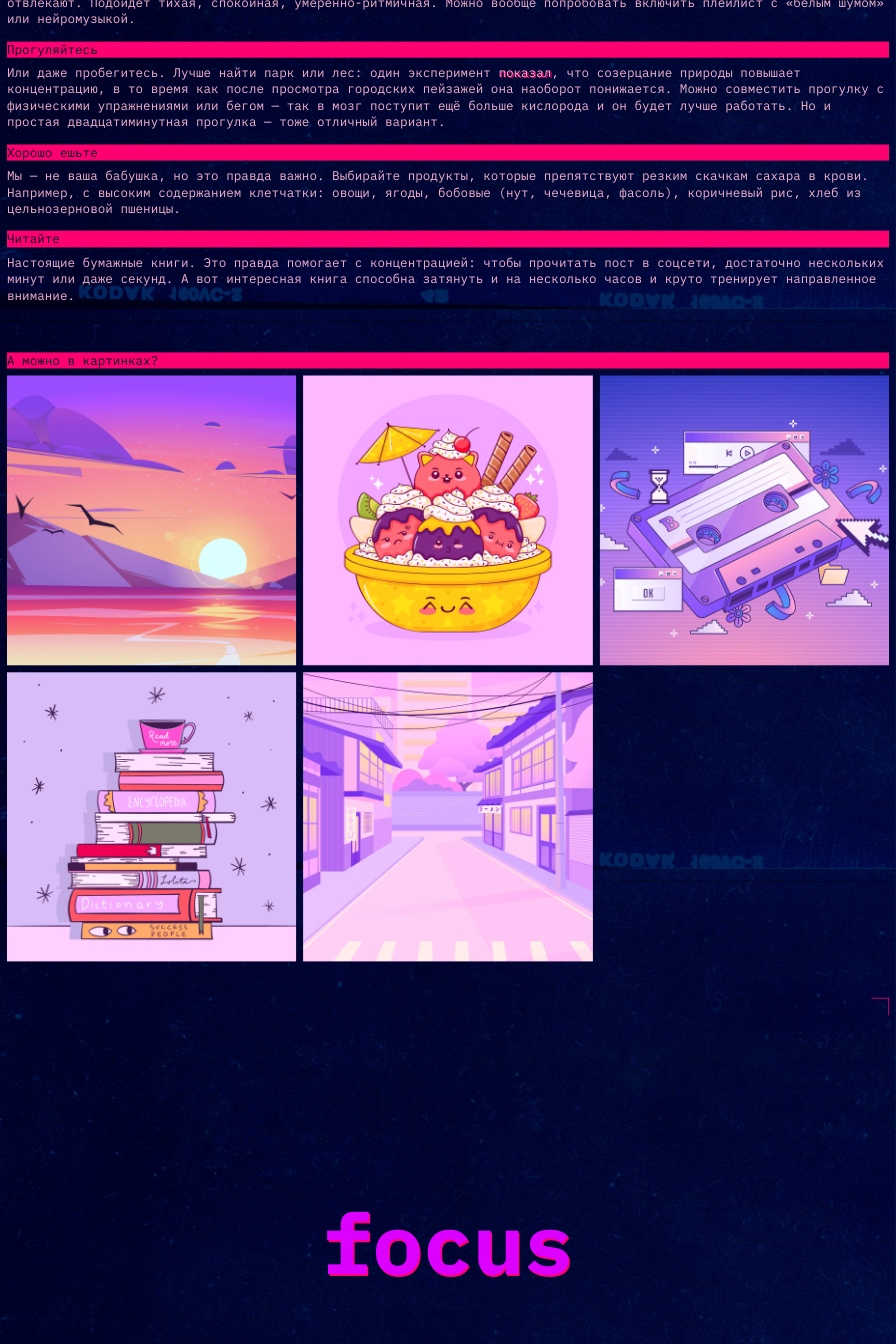
Repository: NikWolf75/slozhno-sosredotochitsya-fd
Page: index.html
An editor plug-in stored every save of this project. The page is shown before and after the next save, followed by the edit.
The browser window is 1280 px wide. The pictures show the part of the page from y = 1958 to 3878 px (the page is 4094 px tall), at 70% of full size.
Backgrounds fixed to the window are drawn as part of the page.

Above is the page before, as saved 2025-02-27 12:11:54.

### index.html
<!DOCTYPE html>
<html lang="ru">
  <head>
    <meta charset="UTF-8" />
    <meta http-equiv="X-UA-Compatible" content="IE=edge" />
    <meta name="viewport" content="width=device-width, initial-scale=1.0" />
    <meta name="color-scheme" content="dark light" />
    <link rel="stylesheet" href="/fonts/fonts.css" />
    <link rel="stylesheet" href="/styles/globals.css" />
    <link rel="stylesheet" href="/styles/variables.css" />
    <link rel="stylesheet" href="/styles/style.css" />
    <link rel="stylesheet" href="/styles/dark.css" />
    <link rel="stylesheet" href="/styles/light.css" />
    <link rel="icon" href="image/favicon.ico" />
    <title>Сложно сосредоточиться</title>
    <script src="./scripts/script.js"></script>
  </head>
  <body class="page">
    <div class="rec_element" aria-hidden="true"></div>
    <header class="header decorated-zone">
      <nav class="header__theme-menu">
        <ul class="header__theme-menu-list">
          <li class="header__theme-menu-item">
            <button
              class="header__theme-menu-button header__theme-menu-button_type_light"
            >
              День
            </button>
          </li>
          <li class="header__theme-menu-item">
            <button
              class="header__theme-menu-button header__theme-menu-button_active header__theme-menu-button_type_auto"
              disabled
            >
              Авто
            </button>
          </li>
          <li class="header__theme-menu-item">
            <button
              class="header__theme-menu-button header__theme-menu-button_type_dark"
            >
              Неон
            </button>
          </li>
        </ul>
      </nav>
      <h1 class="header__title">no focus</h1>
      <div class="header__undertitle title-decor">
        <p>Что делать, когда не можешь делать ничего</p>
        <p>
          Или почему нам так сложно сконцентрироваться, особенно когда очень
          надо
        </p>
      </div>
    </header>
    <main class="content">
      <section class="content__section content__why">
        <h2 class="content__section-title"> Почему сосредоточиться так сложно
        </h2>
        <article class="content__section-text_block">
          <h3 class="content__section-text_block-undertitle title-decor">
            Многозадачность
          </h3>
          <p class="content__section-text_block-text">
            Особенно сложно сосредоточиться, когда задач много и все они —
            важные. Где же легендарная многозадачность, когда она так нужна вам
            (и всем нанимающим менеджерам этого мира)? А дело в том, что её
            просто не существует. Исследователи
            <a class="link-text" href="#0">выяснили</a>,
            что мозгу тяжело концентрироваться даже на двух делах одновременно.
            А когда в поле внимания попадает несколько важных задач, организм
            паникует и выделяет кортизол и адреналин — «гормоны стресса».
            Из-за этого мы работаем невнимательно: ошибаемся и быстро устаём.
          </p>
        </article>
        <article class="content__section-text_block">
          <h3 class="content__section-text_block-undertitle title-decor">
            Дофамин
          </h3>
          <p class="content__section-text_block-text">
            С гормонами стресса всё понятно, но дальше — ещё интереснее. В нашей
            невозможности сосредоточиться замешана и полная противоположность
            стрессу — дофамин. Это вещество участвует в системе вознаграждения
            мозга. Причём тут он? Мы часто отвлекаемся от важной задачи на
            что-то более «приятное» для мозгов. Например, смотрим лайки в
            соцсетях. В это время и выделяется дофамин — и мы чувствуем
            удовольствие. Получается замкнутый круг: чем больше отвлекаешься,
            тем больше удовольствия получаешь.
          </p>
        </article>
      </section>
      <section class="content__section content__what">
        <h2 class="content__section-title">
          Что снижает концентрацию внимания?
        </h2>
        <article class="content__section-text_block">
          <h3 class="content__section-text_block-undertitle title-decor">
            Многозадачность
          </h3>
          <p class="content__section-item-text">
            Как концентрация может снижаться из-за… концентрации? Любая
            стрессовая ситуация (и резко меняющийся мир в целом) заставляет наш
            мозг постоянно «сканировать» окружающую среду на предмет опасности.
            Например, читать новости вместо работы. Но быть собранными всё время
            — невозможно. Концентрация — мышца, и она может не выдержать, если
            не давать ей отдохнуть.
          </p>
        </article>
        <article class="content__section-text_block">
          <h3 class="content__section-text_block-undertitle title-decor">
            Еда
          </h3>
          <p class="content__section-text_block-text">
            «Быстрые углеводы» — сахар, белый хлеб, сладости — молниеносно
            доставляют в мозг энергию и помогают ему лучше работать. Но уходит
            эта энергия также быстро, как и приходит. А мы в результате попадаем
            на «углеводные качели»: как только действие «быстрых углеводов»
            заканчивается, мы чувствуем усталость и сонливость. И хотим ещё
            больше быстрых углеводов.
          </p>
        </article>
        <article class="content__section-text_block">
          <h3 class="content__section-text_block-undertitle title-decor">
            Гаджеты
          </h3>
          <p class="content__section-text_block-text">
            Да-да, это та самая ситуация, когда на экране ноутбука — код, в
            наушниках — подкаст, а на компьютере фоном — ещё и видео с забавными
            утятами. В результате мозг пытается переключиться с одной задачи на
            другую — и просто не может. А чтобы вернуться к состоянию полной
            концентрации, человеку в среднем нужно 20 минут. Вот и получается,
            что чем больше времени мы проводим в гаджетах, тем больше времени
            затем нужно, чтобы вернуться к работе.
          </p>
        </article>
      </section>
      <section class="content__section content_how">
        <h2 class="content__section-title">
          Как концентрироваться лучше, чем золотая рыбка (то есть дольше трёх
          секунд)
        </h2>
        <article class="content__section-text_block">
          <h3
            class="content__section-text_block-undertitle tips-undertitle title-decor"
          >
            5 простых (на самом деле не очень) советов
          </h3>
          <h4 class="content__section-text_block-undertitle title-decor">
            Представьте небо и облака
          </h4>
          <p class="content__section-text_block-text">
            Или листья в ручье. Тут дело в лёгкой медитации, которая помогает
            успокоиться. Ведь часто именно тревожные мысли о сложных задачах как
            раз и мешают эти сложные задачи делать. В такие моменты можно
            закрыть глаза и представить, что чистое небо — это вы, а облака —
            тревожные мысли. И сколько бы их ни было — ясное небо всегда будет
            где-то там, за тучами, и никуда не денется. Это упражнение поможет
            вернуться в настоящий момент, а не волноваться о потенциальных
            проблемах из будущего.
          </p>
        </article>
        <article class="content__section-text_block">
          <h4 class="content__section-text_block-undertitle title-decor">
            Включите музыку
          </h4>
          <p class="content__section-text_block-text">
            Но не любую, и не любимую. Любимая может быть связана с сильными
            положительными эмоциями, которые тоже очень сильно отвлекают.
            Подойдёт тихая, спокойная, умеренно-ритмичная. Можно вообще
            попробовать включить плейлист с «белым шумом» или нейромузыкой.
          </p>
        </article>
        <article class="content__section-text_block">
          <h4 class="content__section-text_block-undertitle title-decor">
            Прогуляйтесь
          </h4>
          <p class="content__section-text_block-text">
            Или даже пробегитесь. Лучше найти парк или лес: один эксперимент
            <a class="link-text" href="#0">показал</a>, что созерцание природы повышает концентрацию, в то время
            как после просмотра городских пейзажей она наоборот понижается.
            Можно совместить прогулку с физическими упражнениями или бегом — так
            в мозг поступит ещё больше кислорода и он будет лучше работать. Но и
            простая двадцатиминутная прогулка — тоже отличный вариант.
          </p>
        </article>
        <article class="content__section-text_block">
          <h4 class="content__section-text_block-undertitle title-decor">
            Хорошо ешьте
          </h4>
          <p class="content__section-text_block-text">
            Мы — не ваша бабушка, но это правда важно. Выбирайте продукты,
            которые препятствуют резким скачкам сахара в крови. Например, с
            высоким содержанием клетчатки: овощи, ягоды, бобовые (нут, чечевица,
            фасоль), коричневый рис, хлеб из цельнозерновой пшеницы.
          </p>
        </article>
        <article class="content__section-text_block">
          <h4 class="content__section-text_block-undertitle title-decor">
            Читайте
          </h4>
          <p class="content__section-text_block-text">
            Настоящие бумажные книги. Это правда помогает с концентрацией: чтобы
            прочитать пост в соцсети, достаточно нескольких минут или даже
            секунд. А вот интересная книга способна затянуть и на несколько
            часов и круто тренирует направленное внимание.
          </p>
        </article>
      </section>
      <section class="content__section content__gallery">
        <h2 class="content__section-text_block-undertitle title-decor">
          А можно в картинках?
        </h2>
        <div class="content__section-images_gallery">
          <img
            class="content__section-image"
            src="./images/sunset.png"
            alt="Вид острова на закате"
            loading="lazy"
          />
          <img
            class="content__section-image"
            src="./images/ice-cream.png"
            alt="Чаша с мороженным"
            loading="lazy"
          />
          <img
            class="content__section-image"
            src="./images/tape.png"
            alt="Кассета"
            loading="lazy"
          />
          <img
            class="content__section-image"
            src="./images/books.png"
            alt="Стопка книг"
            loading="lazy"
          />
          <img
            class="content__section-image"
            src="./images/street.png"
            alt="Улица"
            loading="lazy"
          />
        </div>
      </section>
    </main>
    <footer class="footer decorated-zone">
      <h2 class="footer__title">focus</h2>
    </footer>
  </body>
</html>

### styles/variables.css
:root {
  --title-color: #ff0070;
  --main-font: 'IBM Plex mono';
  --main-font-size: 18px;
  --title-font-weight: 700;
  --text-font-weight: 400;
  --main-padding-small: 10px;
}

### styles/style.css
.page {
  font-family: var(--main-font, 'IBM Plex mono');
  font-size: var(--main-font-size, 18px);
  block-size: min-content;
  position: relative;
  font-weight: 400;
  background-color: var(--main-background-color, #000028 );
  background-image: var(--main-background-image, url("../images/cover-image-dark.png"));
  background-repeat: no-repeat;
  background-attachment: fixed;
  background-position: center;
  background-size: cover;
  line-height: 1.3em;
  color: var(--main-font-color, #F1B2CE);
 }

.decorated-zone {
  position: relative;
}

.decorated-zone::after,
.decorated-zone::before {
  position: absolute;
  inline-size: 25px;
  block-size: 25px;
  content: "";
  border: 1px solid var(--corner-color);
}

.decorated-zone::after {
  bottom: 10px;
  left: 10px;
  border-bottom: 1px solid var(--rectangle-color, #ff0070);
  border-left: 1px solid var(--rectangle-color, #ff0070);
}

.decorated-zone::before {
  top: 10px;
  right: 10px;
  border-top: 1px solid var(--rectangle-color, #ff0070);
  border-right: 1px solid var(--rectangle-color, #ff0070);
}

.rec_element {
  position: absolute;
  display: flex;
  align-items: center;
  justify-content: center;
  top: 10px;
  right: 20px;
  color: var(--rec-theme-color, #ff0070);
  gap: 10px;
}

.rec_element:before {
  content: "REC";
}

.rec_element:after {
  display: block;
  content: "";
  border-radius: 50%;
  background: var(--accent-color, #ff0070);
  width: 10px;
  height: 10px;
  box-shadow: 0 0 4px 2px var(--accent-color, #ff0070)
}

.header {
  display: grid;
  grid-template-columns: 1fr;
  grid-template-rows: 1fr min-content 1fr;
  align-items: center;
  position: relative;
  block-size: min(668px, 100vh);
  padding: var(--main-padding-small, 10px);
  margin-block-end: 40px;
 }

.header__theme-menu-list {
  display: flex;
  flex-direction: column;
  align-items: end;
  block-size: 100%;
  row-gap: 10px;
}

.header__theme-menu-button {
  text-align: center;
  background: transparent;
  color: var(--button-text-color);
  border: none;
  text-transform: lowercase;
  padding-right: 13px;
  padding-left: 13px;
}

.header__theme-menu-bitton:hover {
  outline: 1px solid var(--button-outline-color)
}

.header__theme-menu-button_active {
  outline: 1px solid var(--button-theme-color, #ff0070);
}

.header__theme-menu-button:focus {
  outline: none;
  text-decoration: underline;
}

.header__title {
  font-size: clamp(7.25rem, 7.0115rem + 1.0178vw, 7.5rem);
  line-height: 83%;
  color: var(--accent-color-title, #db00ff);
  text-shadow: 4px 4px 0 var(--accent-color, #ff0070);
  cursor: default;
}

.header__undertitle {
  font-size: var(--main-font), monospace;
  font-weight: var(--title-font-weight, 700);
  border-bottom: none;
  border-left: none;
}

.title-decor {
  color: var(--undertitle-color, #000028);
  background-color: var(--title-color, #ff0070);
}

.content {
  display: grid;
  padding: 0 var(--main-padding-small, 10px);
  grid-template-columns: 1fr;
  gap: 50px;
}

.content__section {
  display: grid;
  grid-template-columns: 1fr;
  row-gap: 20px;
}

.content__section-title {
  justify-self: start;
  color: var(--title-color, #ff0070);
}

.content__section-text_block-undertitle,
.content__section-title {
  font-size: var(--main-font-size, 18px);
  font-weight: var(--title-font-weight, 700);
}

.content__section-text_block-undertitle {
  margin-block-end: 10px;
  height: min-content;
}

.content__section-text_block-text {
  font-weight: var(--text-font-weight, 400);
}

.link-text {
  text-decoration: none;
  text-shadow: 2px 1px var(--accent-color, #ff0070);
}

.link-text:hover {
  cursor: pointer;
  border-block-end: 1px solid currentColor;
}

.link-text:focus-visible {
  border: 1px solid currentColor;
}

.content_how,
.tips-undertitle {
  font-weight: var(--title-font-weight, 400);
  margin-block-end: 20px;
}

.content__how,
.content__section-text_block-undertitle {
  font-weight: 400;
}

.content__gallery {
gap: 0;
}

.content__section-images_gallery {
  display: grid;
  grid-template-columns: repeat(auto-fill, minmax(355px, 1fr));
  gap: 10px;
  inline-size: 100%;
  margin-bottom: 10px;
}

.content__section-image {
  inline-size: 100%;
  object-fit: cover;
  block-size: 100%;
}

.footer {
  position: relative;
  display: grid;
  block-size: 100vh;
  min-block-size: 668px;
  grid-template-columns: 1fr;
  margin-block-start: 32px;
}

.footer__title {
  font-size: var(--title-font-size-small, clamp(7.25rem, 7.0115rem + 1.0178vw, 7.5rem));
  font-weight: var(--title-font-weight, 700);
  line-height: 95.7%;
  align-self: center;
  cursor: default;
  color: var(--accent-color-title, #db00ff);
  text-shadow: 2px 2px 0 var(--accent-color, #ff0070);
  justify-self: center;

}

### scripts/script.js
(function initTheme() {
  const theme = localStorage.getItem('theme');
  if (theme) {
    setTheme(theme);
  }
})();

document.addEventListener('DOMContentLoaded', () => {
  const currentTheme = [...document.documentElement.classList]
    .find((cn) => cn.startsWith('theme-'))
    ?.replace('theme-', '');
  const themeButtons = [
    ...document.querySelectorAll('.header__theme-menu-button'),
  ];
  setActiveButton(themeButtons, currentTheme);

  themeButtons.forEach((button) => {
    button.addEventListener('click', () => {
      const chosenTheme = [...button.classList]
        .find((cn) => cn.includes('_type_'))
        .split('_type_')[1];
      setTheme(chosenTheme);
      setActiveButton(themeButtons, chosenTheme);
    });
  });
});

function setTheme(theme) {
  document.documentElement.className = '';
  document.documentElement.classList.add(`theme-${theme}`);
  localStorage.setItem('theme', theme);
}

function setActiveButton(buttonsArray, theme) {
  buttonsArray.forEach((button) => {
    button.classList.remove('header__theme-menu-button_active');
    button.removeAttribute('disabled');
  });
  const target = buttonsArray.find((button) =>
    button.classList.contains(`header__theme-menu-button_type_${theme}`)
  );
  if (target) {
    target.classList.add('header__theme-menu-button_active');
    target.setAttribute('disabled', true);
  } else {
    const autoButton = document.querySelector(
      '.header__theme-menu-button_type_auto'
    );
    autoButton.classList.add('header__theme-menu-button_active');
    autoButton.setAttribute('disabled', true);
  }
}

Loaded but not shown: fonts/fonts.css (common file); styles/globals.css (common file); styles/dark.css (common file); styles/light.css (common file)

After the next save:
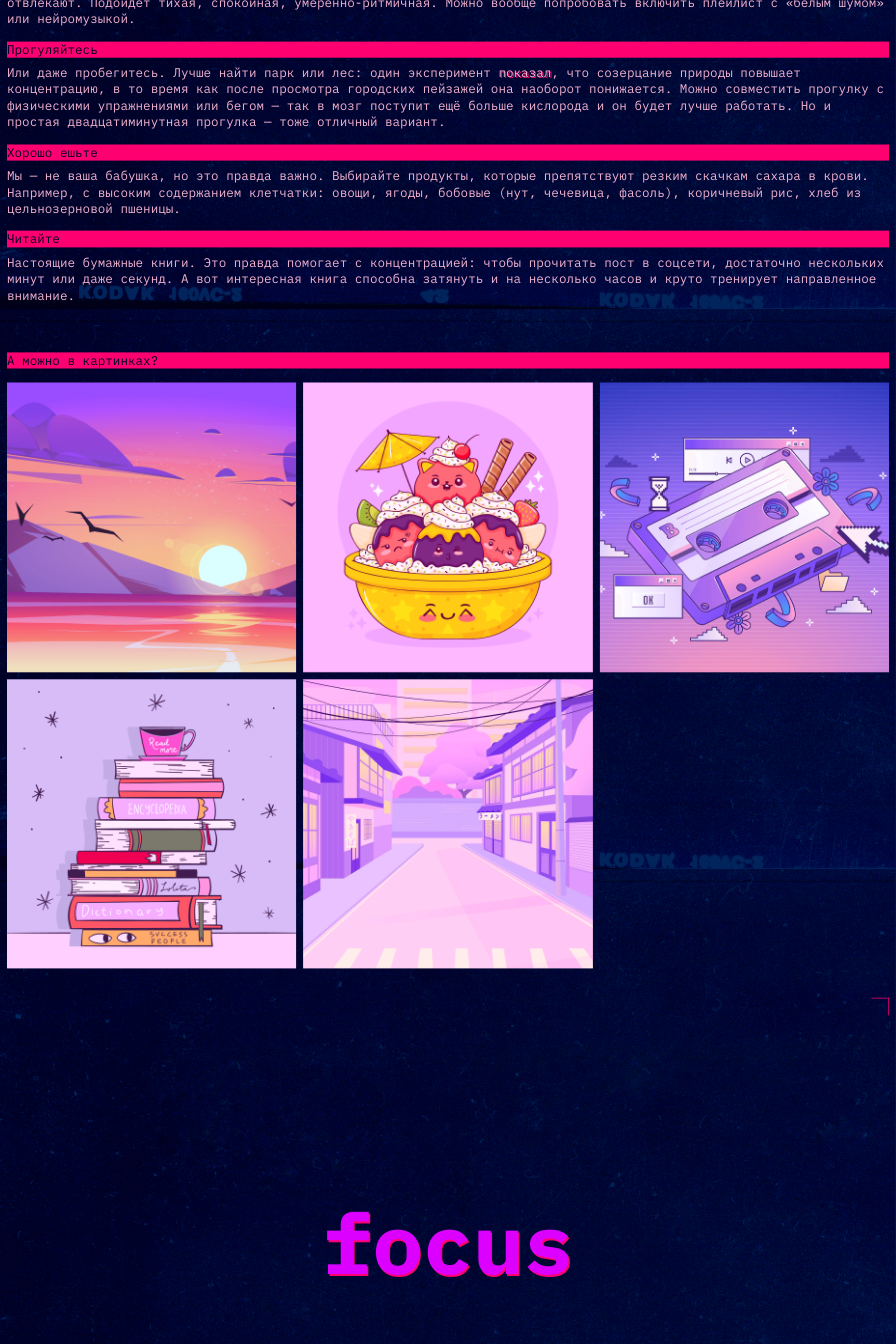
Saved 6 s later.
--- a/styles/style.css
+++ b/styles/style.css
@@ -195,7 +195,7 @@ gap: 0;
   grid-template-columns: repeat(auto-fill, minmax(355px, 1fr));
   gap: 10px;
   inline-size: 100%;
-  margin-bottom: 10px;
+  margin-top: 10px;
 }
 
 .content__section-image {
